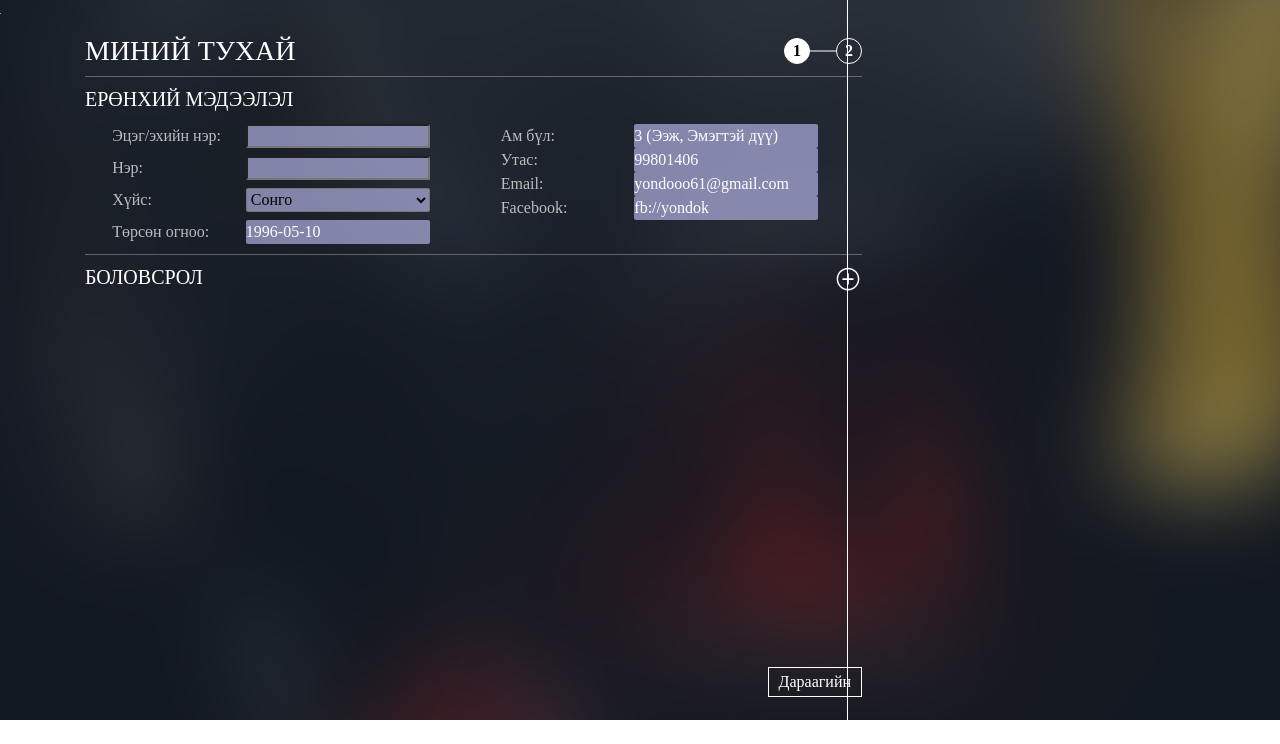
Repository: Yondo202/svProject
Page: /
An editor plug-in stored every save of this project. The page is shown before and after the next save, followed by the edit.
The browser window is 1280 px wide. The pictures show the whole page.
The project was rebuilt for these pictures with package versions that can differ from the ones it lists, and the page was loaded fresh each time. The framework's server and built-in components were replaced by stand-ins that run in the browser. Also part of the build but not shown: next.config.js, style/style.scss.

Above is the page before, as saved 2020-11-20 01:28:10.

After the next save:
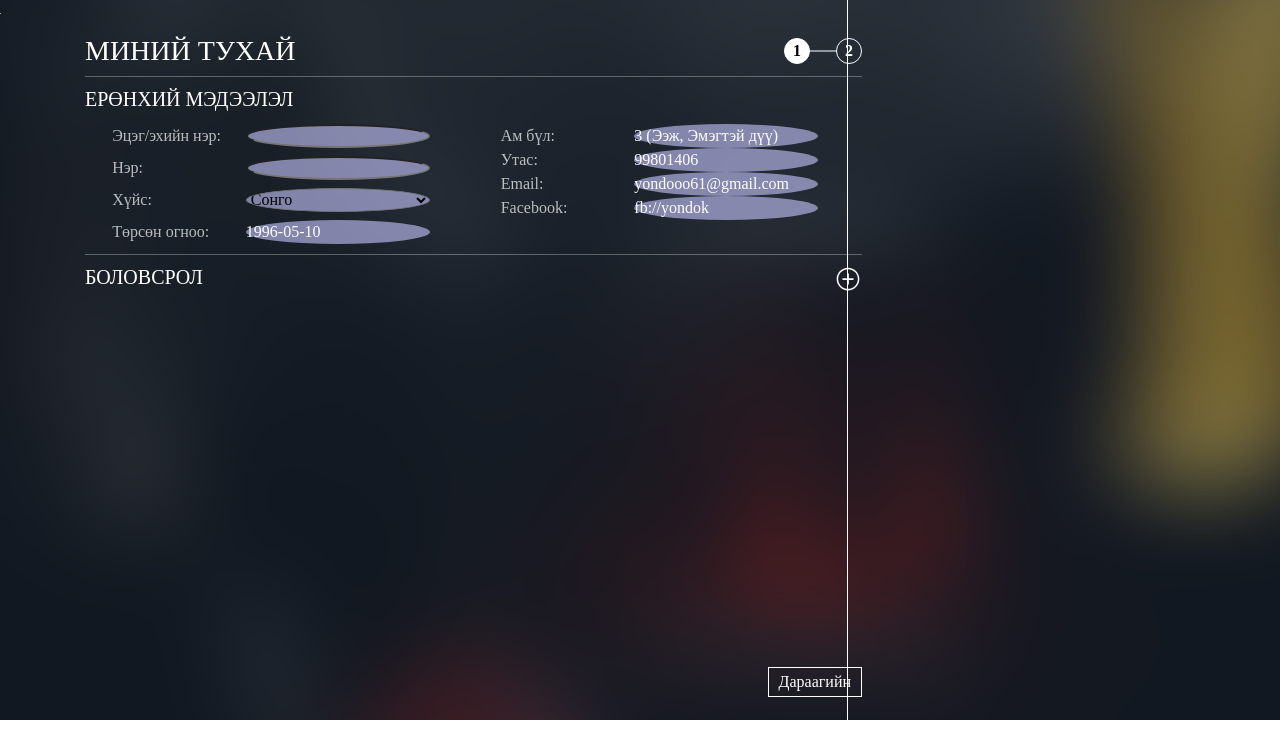
Saved 8 s later.
--- a/components/form1.js
+++ b/components/form1.js
@@ -143,7 +143,7 @@
                      width:40%;
                  }
                  .val{
-                    border-radius:2px;
+                    border-radius:50%;
                     width:55%;
                     background:rgba(200,200,255, 0.6);
                     height:24px;

After the save that followed:
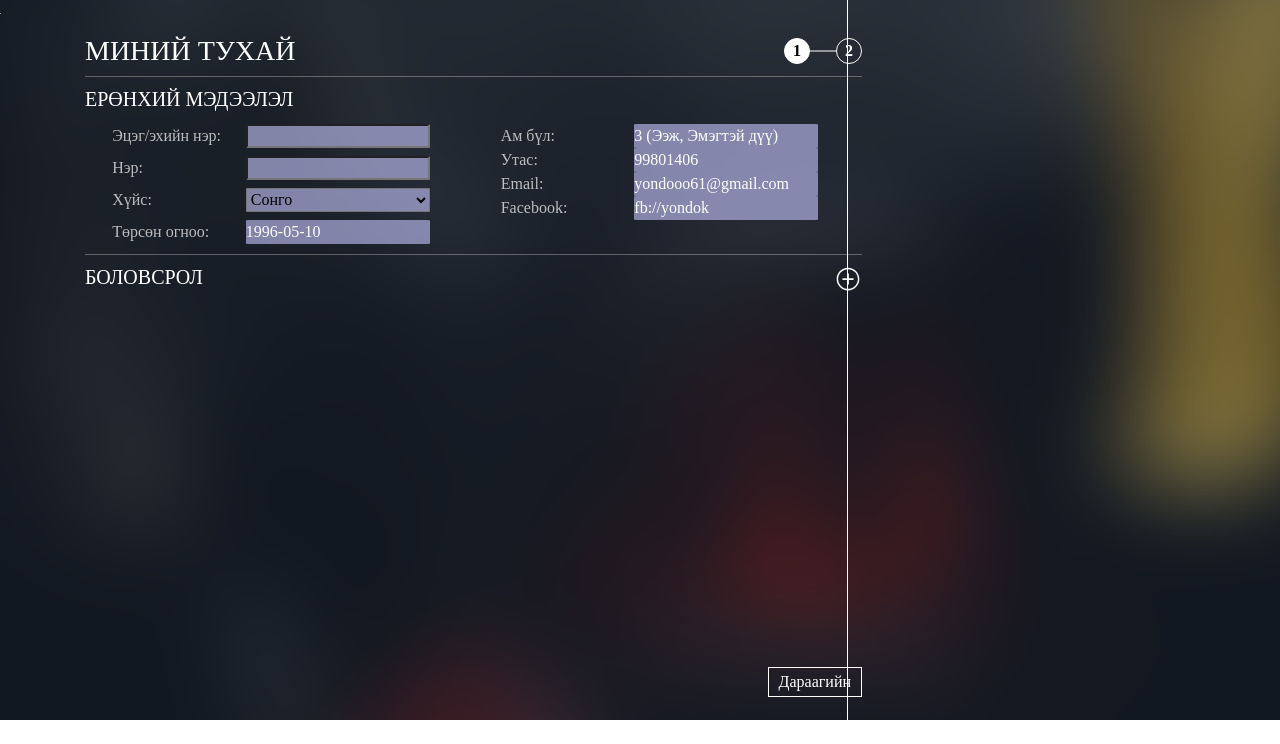
Saved 5 s later.
--- a/components/form1.js
+++ b/components/form1.js
@@ -143,7 +143,7 @@
                      width:40%;
                  }
                  .val{
-                    border-radius:50%;
+                    border-radius:2%;
                     width:55%;
                     background:rgba(200,200,255, 0.6);
                     height:24px;
